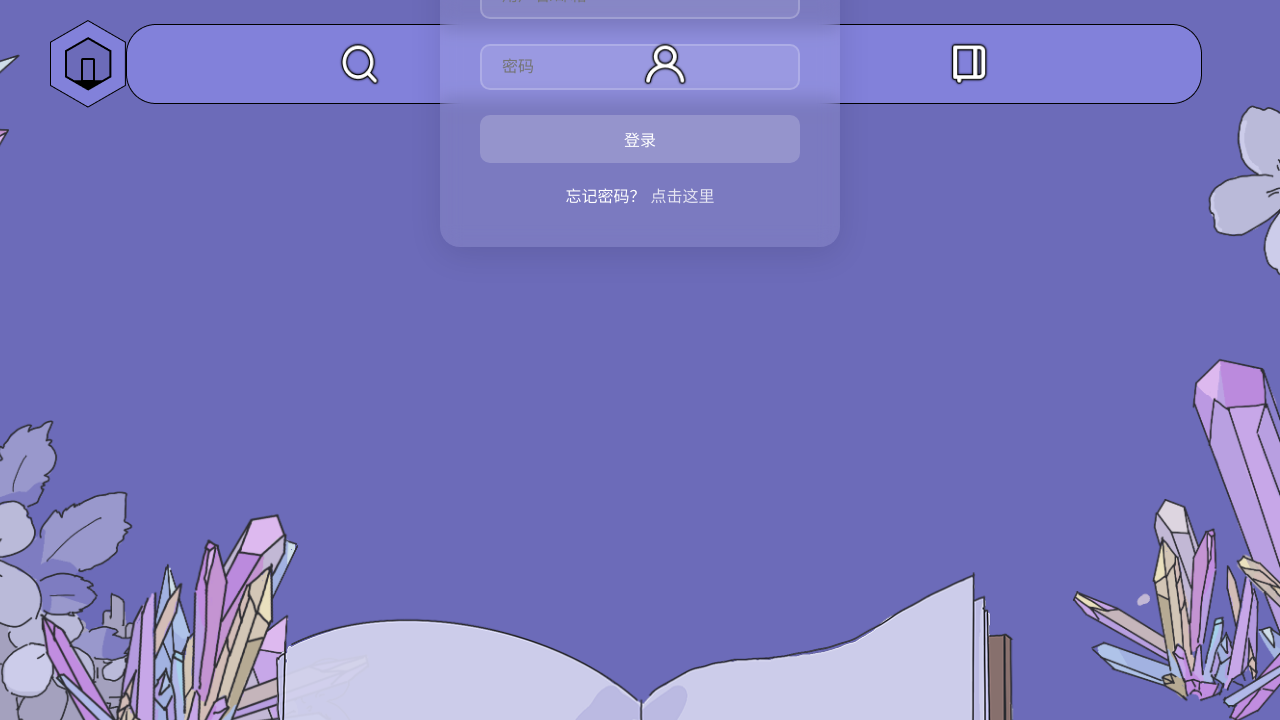
Repository: carolmmc/BabelLibrary
Page: find 登陆页.html
The author's editor kept a copy of each file at every save. The page is drawn from the files as they stood at one save, then again after the next save.
The browser window is 1280 px wide. The pictures show the whole page.

Above is the page before, as saved 2025-05-08 23:07:01.

After the next save:
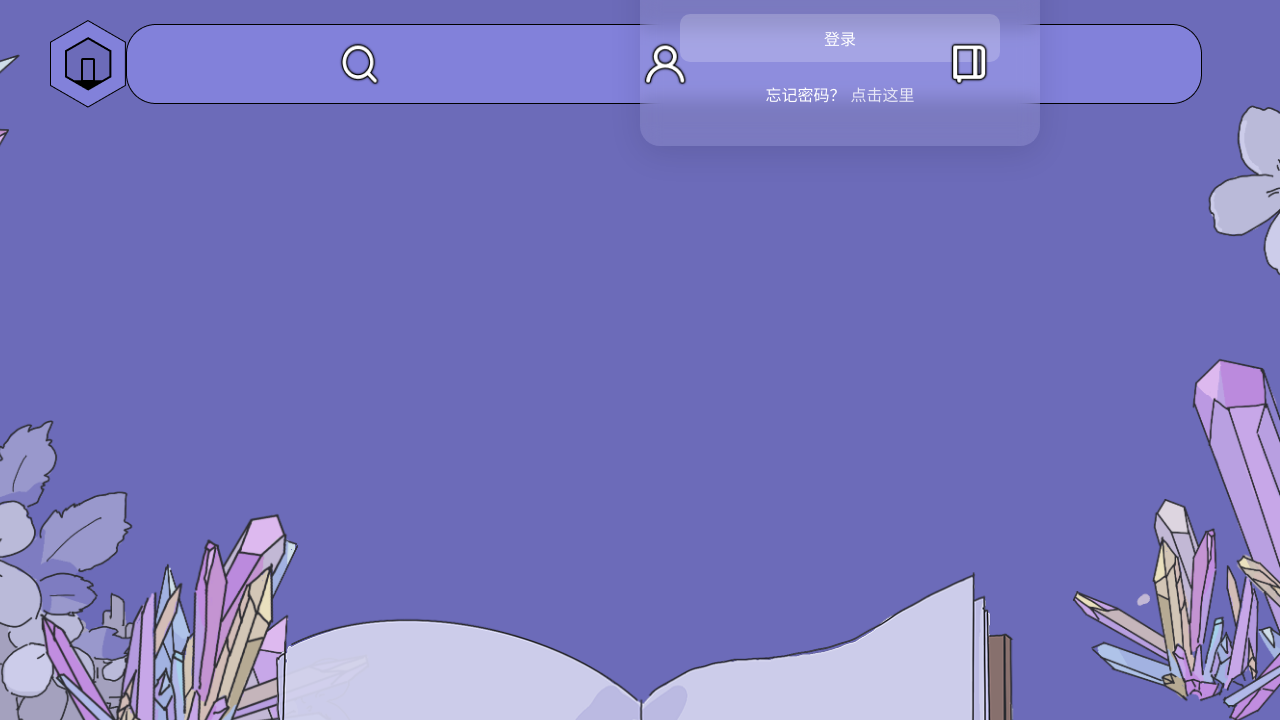
Saved 48 s later.
--- a/find 登陆页.html
+++ b/find 登陆页.html
@@ -140,13 +140,18 @@
         }
 
         .login-container {
-            position: relative;
+            position: absolute;
+            top: 50%;
+            left: 50%;
+            transform: translate(-50%, -50%); /* 保持居中 */
+            /* 然后通过 margin 微调位置 */
+            margin-top: -100px; /* 向上移动 */
+            margin-left: 200px; /* 向右移动 */
             background: rgba(255, 255, 255, 0.1);
             backdrop-filter: blur(10px);
             padding: 40px;
             border-radius: 20px;
             box-shadow: 0 8px 32px rgba(0, 0, 0, 0.1);
-            margin-top: 1px; /* 可以通过正负值调整上下位置 */
             width: 400px;
             z-index: 3;
         }
